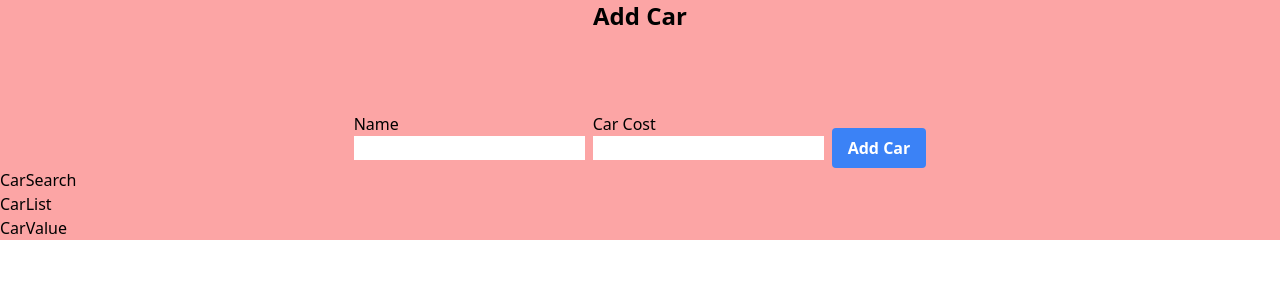
Repository: Marhamat92/carsappreduxtoolkit
Page: /
These files come from the project's save history. The page is drawn as it stood at one moment and after the next save; the edit follows.
The browser window is 1280 px wide. The pictures show the whole page.
The project was rebuilt for these pictures with package versions that can differ from the ones it lists, and the page was loaded fresh each time.

Above is the page before, as saved 2023-01-23 21:04:34.

### src/index.js
import React from 'react';
import ReactDOM from 'react-dom/client';
import './index.css';
import App from './App';
import { Provider } from 'react-redux';
import { store } from './store'


const root = ReactDOM.createRoot(document.getElementById('root'));
root.render(
  <Provider store={store}>
    <App />
  </Provider>
);

### src/App.js
import CarForm from "./components/CarForm";
import CarList from "./components/CarList";
import CarSearch from "./components/CarSearch";
import CarValue from "./components/CarValue";


function App() {
  return (
    <div className="container mx-auto  bg-red-300">
      <CarForm />
      <CarSearch />
      <CarList />
      <CarValue />
    </div>
  );
}

export default App;

### src/store/index.js
import { configureStore } from "@reduxjs/toolkit";
import {
  carsReducer,
  addCar,
  removeCar,
  changeSearchTerm,
} from "./slices/carsSlice";
import { formReducer, changeName, changeCost } from "./slices/formSlice";

const store = configureStore({
  reducer: {
    cars: carsReducer,
    form: formReducer,
  },
})

export { store, addCar, removeCar, changeSearchTerm, changeName, changeCost };

### src/components/CarForm.js
import React from 'react'

function CarForm() {
  return (
    <div className='flex flex-col items-center justify-center'>
      <h1 className='font-bold text-2xl' >Add Car</h1>
      <div className='mt-20'>
        <form className='flex flex-row space-x-2'>
          <div className='flex flex-col'>
            <label htmlFor='make'>Name</label>
            <input type='text' name='carName' id='carName' />
          </div>
          <div className='flex flex-col'>
            <label htmlFor='price'>Car Cost</label>
            <input type='text' name='price' id='price' />
          </div>
          <button className='bg-blue-500 hover:bg-blue-700 text-white font-bold py-2 px-4 rounded mt-4' type='submit'>Add Car</button>
        </form>
      </div>
    </div>
  )
}

export default CarForm

### src/components/CarList.js
import React from 'react'

function CarList() {
  return (
    <div>CarList</div>
  )
}

export default CarList

### src/components/CarSearch.js
import React from 'react'

function CarSearch() {
  return (
    <div>CarSearch</div>
  )
}

export default CarSearch

### src/components/CarValue.js
import React from 'react'

function CarValue() {
  return (
    <div>CarValue</div>
  )
}

export default CarValue

### src/store/slices/carsSlice.js
import { createSlice, nanoid } from '@reduxjs/toolkit';

const carsSlice = createSlice({
  name: 'cars',
  initialState: {
    cars: [],
    searchTerm: ''
  },
  reducers: {
    changeSearchTerm(state, action) {
      state.searchTerm = action.payload;
    },
    addCar(state, action) {
      //Assumption:
      //action.payload is an object with the following properties:
      //name, cost, id
      state.cars.push({
        name: action.payload.name,
        cost: action.payload.cost,
        id: nanoid()
      })
    },
    removeCar(state, action) {
      //Assumption:
      //action.payload is the id of the car to remove
      const updatedCars = state.cars.filter((car) => {
        return car.id !== action.payload;
      })
      state.cars = updatedCars;
    }

  }
})

export const { changeSearchTerm, addCar, removeCar } = carsSlice.actions;
export const carsReducer = carsSlice.reducer;

### src/store/slices/formSlice.js
import { createSlice } from '@reduxjs/toolkit';

const formSlice = createSlice({
  name: 'form',
  initialState: {
    name: '',
    cost: 0
  },
  reducers: {
    changeName(state, action) {
      state.name = action.payload;
    },
    changeCost(state, action) {
      state.cost = action.payload;
    }
  }
})

export const { changeName, changeCost } = formSlice.actions;
export const formReducer = formSlice.reducer;

Loaded but not shown: public/index.html (common file); src/index.css (common file); tailwind.config.js (common file)

After the next save:
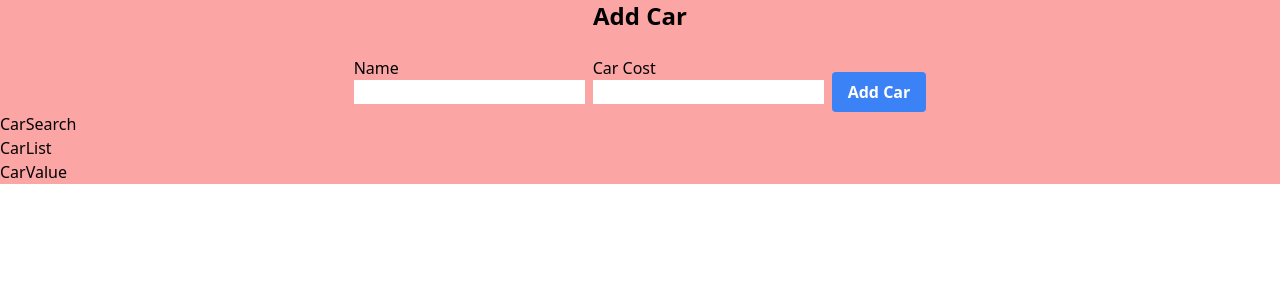
Saved 5 s later.
--- a/src/components/CarForm.js
+++ b/src/components/CarForm.js
@@ -4,7 +4,7 @@ function CarForm() {
   return (
     <div className='flex flex-col items-center justify-center'>
       <h1 className='font-bold text-2xl' >Add Car</h1>
-      <div className='mt-20'>
+      <div className='mt-6'>
         <form className='flex flex-row space-x-2'>
           <div className='flex flex-col'>
             <label htmlFor='make'>Name</label>
